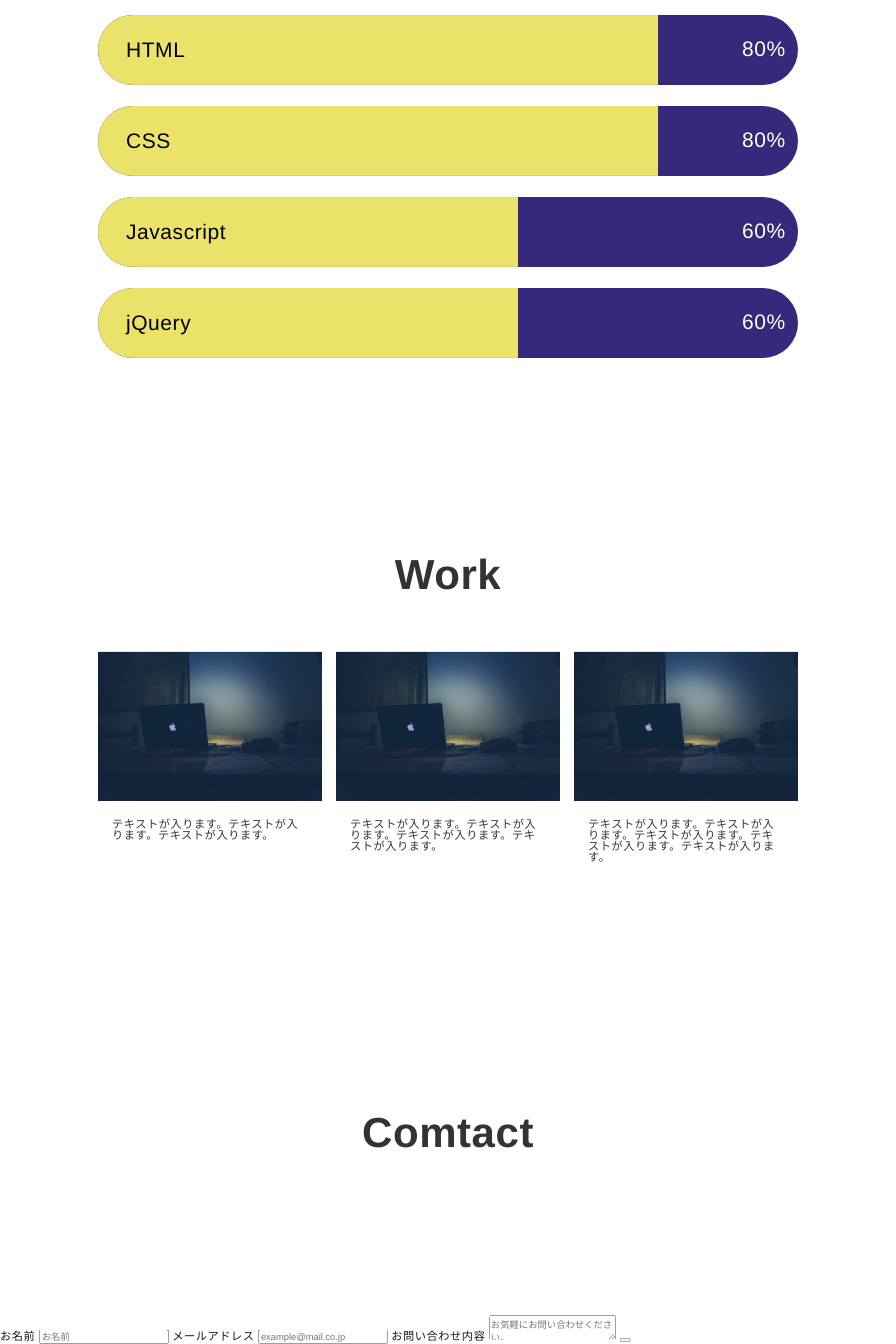
Repository: sadayuki15/portfolio
Page: index.html
The author's editor kept a copy of each file at every save. The page is drawn from the files as they stood at one save, then again after a run of saves.
The browser window is 1280 px wide. The pictures show the part of the page from y = 1856 to 3776 px (the page is 3776 px tall), at 70% of full size.

Above is the page before, as saved 2021-04-22 21:20:04.

### index.html
<!DOCTYPE html>
<html lang="ja">
<head>
  <meta charset="UTF-8">
  <meta http-equiv="X-UA-Compatible" content="IE=edge">
  <meta name="viewport" content="width=device-width, initial-scale=1.0">
  <link rel="stylesheet" href="./css/reset.css">
  <link rel="stylesheet" href="./css/style.css">
  <title>Document</title>
</head>
<body>
  <!-- header -->
  <header class="header">
    <div class="header-inner">
      <h1 class="header-title">PortFolio</h1>
      <nav class="header-nav">
        <ul class="nav-list">
          <li class="nav-item"><a href="#">Home</a></li>
          <li class="nav-item"><a href="#">About</a></li>
          <li class="nav-item"><a href="#">Skil</a></li>
          <li class="nav-item"><a href="#">Work</a></li>
          <li class="nav-item"><a href="#">Contact</a></li>
        </ul>
      </nav>
    </div>
  </header>
  <!-- //header -->

  <main>
  <!-- fv -->
  <div class="fv">
    <div class="main-copy">
      <p class="main-title">
        SADAYUKI<br>
        NISIYAMA
      </p>
    </div>
  </div>
  <!-- //fv -->

  <!-- About -->
  <div class="section-wrapper">
    <h2 class="section-title">ABOUT</h2>
    <div class="section-inner about">
      <div class="about-img-wrapper">
        <img src="" alt="">
      </div>
      <div class="about-contents">
        <p class="about-text">
          はじめまして、西山禎侑と申します。
        </p>
        <p class="about-text">
          1986年生まれ。鳥取県八頭郡出身。
        </p>
        <p class="about-text">
          地元の大学卒業後、民間企業へ入社。11年間、個人から法人までの営業、事務、企画等（主に金融業務）を経験し退職。
        </p>
        <p class="about-text">
          2021年2月より完全未経験からプログラミングを学習し、フリーランスエンジニアを目指し新たな道へ挑戦。
        </p>
        <p class="about-text">
          目指すは「頼んで良かった」、「またお願いしたい」と言われる人材に。
        </p>
        <p class="about-text">
          コーディング、Webサイト制作のお仕事が可能です。<br>
          お仕事のご相談等、お気軽にお問い合わせ下さい。
        </p>
        <p class="about-text">
          何卒、よろしくお願い致します。
        </p>
      </div>
    </div>
  </div>
  <!-- //About -->

  <!-- skil -->
  <div class="section-wrapper">
    <h2 class="section-title">Skil</h2>
    <div class="section-inner">
      <div class="chart">
        <div id="board">
          <div class="row">
            <span class="label">HTML</span>
            <div class="bar-wrap">
              <div class="bar" data-value="80"></div>
            </div>
            <span class="number">80%</span>
          </div><!-- row -->
          <div class="row">
            <span class="label">CSS</span>
            <div class="bar-wrap">
              <div class="bar" data-value="80"></div>
            </div>
            <span class="number">80%</span>
          </div><!-- row -->
          <div class="row">
            <span class="label">Javascript</span>
            <div class="bar-wrap">
              <div class="bar" data-value="60"></div>
            </div>
            <span class="number">60%</span>
          </div><!-- row -->
          <div class="row">
            <span class="label">jQuery</span>
            <div class="bar-wrap">
              <div class="bar" data-value="60"></div>
            </div>
            <span class="number">60%</span>
          </div><!-- row -->
        </div><!-- board -->
      </div><!-- chart -->
    </div>
  </div>
  <!-- //skil -->

  <!-- works -->
  <div class="section-wrapper">
    <h2 class="section-title">Work</h2>
    <div class="section-inner">
      <ul class="work-list">
        <li class="work-item">
          <a href="">
            <div class="work-img">
              <img src="./img/top2.jpg" alt="">
            </div>
            <p class="work-text">テキストが入ります。テキストが入ります。テキストが入ります。</p>
          </a>
        </li>
        <li class="work-item">
          <a href="">
            <div class="work-img">
              <img src="./img/top2.jpg" alt="">
            </div>
            <p class="work-text">テキストが入ります。テキストが入ります。テキストが入ります。テキストが入ります。</p>
          </a>
        </li>
        <li class="work-item">
          <a href="">
            <div class="work-img">
              <img src="./img/top2.jpg" alt="">
            </div>
            <p class="work-text">テキストが入ります。テキストが入ります。テキストが入ります。テキストが入ります。テキストが入ります。</p>
          </a>
        </li>
      </ul>
    </div>
  </div>
  <!-- //works -->

  <!-- contact -->
  <div class="section-wrapper">
    <h2 class="section-title">Comtact</h2>
    <div class="section-inner">

    </div>
  </div>
  <form action="https://docs.google.com/forms/u/0/d/e/1FAIpQLSfCjsqzzj8C34UUE0Mi2WnerATBCsd4cWR83YcoPwhWItEpFQ/formResponse">
    <label for="name">お名前</label>
    <input id="name" type="text" name="entry.32834570" placeholder="お名前">
    <label for="email">メールアドレス</label>
    <input id="email" type="text" name="entry.303714741" placeholder="example@mail.co.jp">
    <label for="msg">お問い合わせ内容</label>
    <textarea id="msg" name="entry.1496098719" placeholder="お気軽にお問い合わせください。"></textarea>
    <button type="submit" name="button" value="送信"></button>
  </form>
  <!-- //contact -->







  </main>



  <script src="jquery-3.6.0.min.js"></script>
  <script src="index.js"></script>
</body>
</html>

### css/style.css
html {
  font-size: 62.5%;
}
body {
  font-size: 1.6rem;
  letter-spacing: .05em;
  color: #171717;
  font-family: Helvetica, '游ゴシック', 'Yu Gothic', YuGothic, HiraKakuProN-W3, 'メイリオ', Meiryo, sans-serif;
}
ul {
  text-decoration: none;
}
li {
  list-style: none;
}
a {
  text-decoration: none;
}
img {
  width: 100%;
  vertical-align: bottom;
}
/*-------共通-------*/
.section-wrapper {
  padding: 100px 0 100px;
  margin-bottom: 50px;
}
.section-title{
  max-width: 1000px;
  color: #333;
  font-size: 6rem;
  margin: 0 auto 80px;
  padding: 0 30px;
  text-align: center;
}
.section-inner {
  max-width: 1000px;
  margin: 0 auto;
  padding: 0 50px;
}


/*-------header-------*/
.header {
  width: 100%;
  padding: 19px 30px;
  position: absolute;
  top: 0;
  left: 0;
  z-index: 1;
  transition: .3s;
  color: #fff;
  box-sizing: border-box;
}
.header-inner {
  max-width: 1200px;
  margin: 0 auto;
  display: flex;
  justify-content: space-between;
  align-items: center;
  box-sizing: border-box;
}
.header-title {
  font-size: 2.6rem;
}
.nav-list {
  display: flex;
}
.nav-item a {
  display: block;
  color: #fff;
  font-weight: bold;
  text-decoration: none;
  transition: .3s;
}
.nav-item {
  margin-right: 30px;
}
.nav-item:last-of-type {
  margin-right: 0;
}
.nav-item a:hover {
  opacity: .7;
  transition: .3s;
  text-decoration: 3px underline;
}

/*-------fv-------*/
.fv {
  width: 100%;
  height: 100vh;
  min-height: 550px;
  background-image: url(../img/fv-top.jpg);
  background-size: cover;
  background-position: center;
  /* position: relative; */
}
.main-copy {
  position: absolute;
  bottom: 155px;
  left: 120px;
  color: #fff;
  font-weight: bold;
}
.main-title{
  font-size: 15rem;
  text-align: center;
}

.about{
  display: flex;
  justify-content: space-between;
  align-items: center;
}
.about-img-wrapper {
  max-width: 480px;
}
.about-text {
  max-width: 480px;
  margin-bottom: 30px;
  line-height: 1.8;
  font-weight: bold;
}

/*-------skil-------*/
.content {
  width: 100%;
  height: 200px;
  line-height: 200px;
  text-align: center;
}
.chart {
  max-width: 1000px;
  margin: 0 auto;
}
.chart .row {
  position: relative;
  height: 100px;
  margin-bottom: 25px;
}
.chart .row span {
  color: #000;
  font-size: 1.8rem;
}
.chart .row span.label {
  position: absolute;
  top: 35px;
  left: 3%;
  padding-left: 10px;
  text-align: left;
  line-height: 30px;
  z-index: 10;
}
.chart .row .bar-wrap {
  position: relative;
  background: #36297c;
  width: 100%;
  height: 100%;
  overflow: hidden;
  border-radius: 50px;
}
.chart .row .bar-wrap .bar {
  position: absolute;
  top: 0;
  left: 0;
  height: 100%;
  background: #ebe26a;
  transition: all 1s;
  transform: translateX(-100%);
}
.chart .row .bar-wrap .bar.no {
  transform: translateX(0%);
}
.chart .row span.number {
  position: absolute;
  top: 35px;
  right: 3%;
  width: 40px;
  padding-right: 10px;
  text-align: right;
  line-height: 28px;
  z-index: 10;
  color: #fff;
}

/*-------work-------*/
.work-list {
  max-width: 1000px;
  margin: 0 auto 80px;
  display: flex;
  justify-content: space-between;
}
.work-item {
  width: 32%;
}
.work-item a {
  color: #333;
}
.work-text {
  padding: 25px 20px;
}



/*-------media-------*/
@media screen and (min-width: 1000px) {
  .chart .row {
    margin-bottom: 30px;
  }
  .chart .row span {
    color: #000;
    font-size: 3rem;
  }
}

@media screen and (max-width: 1000px) {
  .chart .row {
    margin-bottom: 30px;
  }
  .chart .row span {
    color: #000;
    font-size: 3vw;
  }
}

### index.js
function generateChart(wrapper) {
  let values = [];

  $(wrapper + ' .bar').each(function(index, el) {
    values.push($(this).data('value'));
  });

  $(wrapper + ' .bar').each(function(index, el) {
    let bar = $(this);
    let value = bar.data('value');

    bar.width(value + '%');

    let board = $('#board');
    let boardO = board.offset().top;
    let boardH = board.height();
    let windowH = $(window).height();
    let windowS = $(window).scrollTop();

    if(windowS > boardO - windowH + (windowH / 2) && windowS < boardO + boardH - (boardH / 2)){
      bar.addClass('no');
    }
  });
}

$(window).on('scroll', function(event) {
  generateChart('#board');
});

Loaded but not shown: css/reset.css (common file); jquery-3.6.0.min.js (library)

After the next 3 saves:
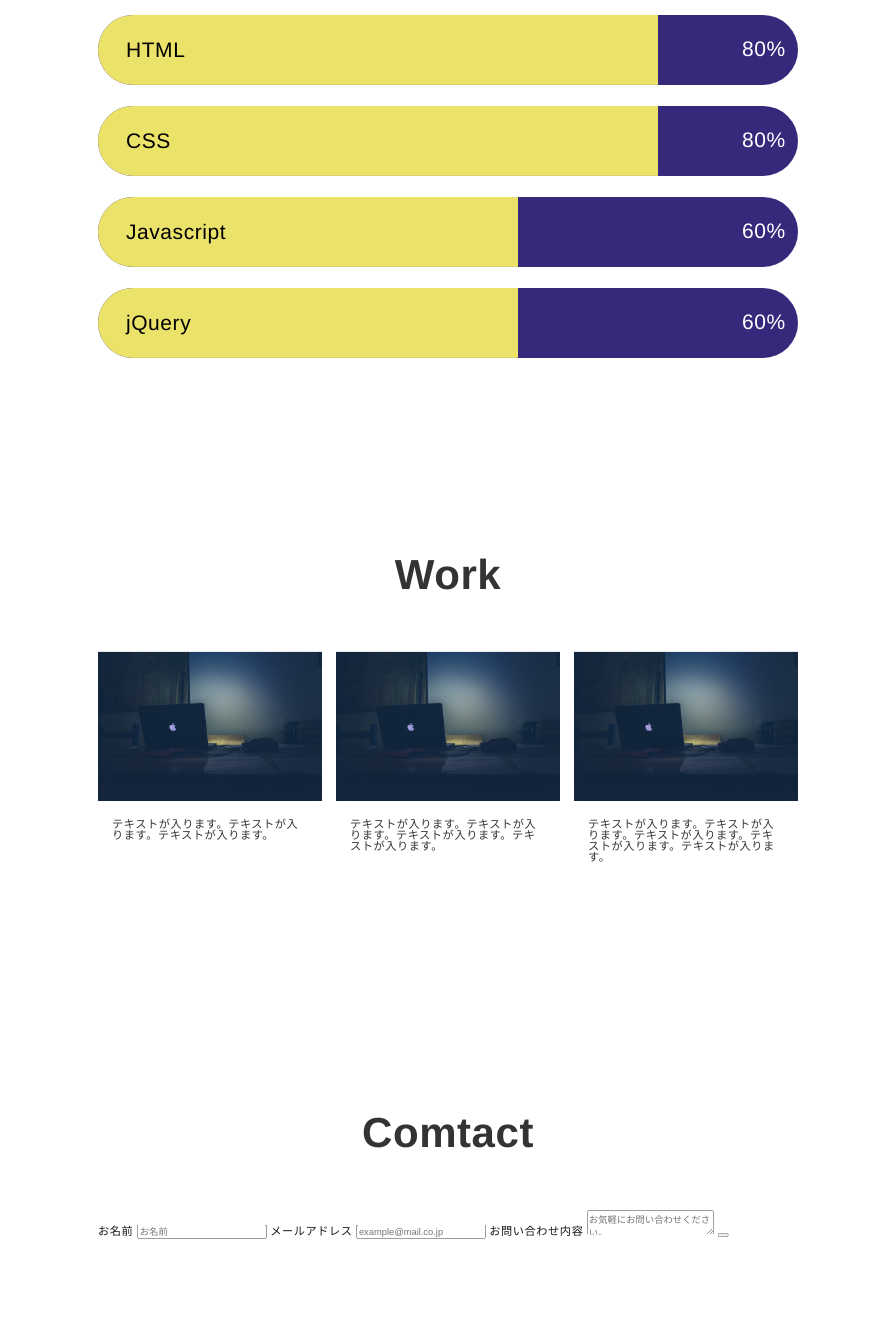
The 3 saves are shown as one change because they came seconds apart.
The last was saved 8 s later.
--- a/index.html
+++ b/index.html
@@ -151,18 +151,18 @@
   <div class="section-wrapper">
     <h2 class="section-title">Comtact</h2>
     <div class="section-inner">
+      <form action="https://docs.google.com/forms/u/0/d/e/1FAIpQLSfCjsqzzj8C34UUE0Mi2WnerATBCsd4cWR83YcoPwhWItEpFQ/formResponse">
+        <label for="name">お名前</label>
+        <input id="name" type="text" name="entry.32834570" placeholder="お名前">
+        <label for="email">メールアドレス</label>
+        <input id="email" type="text" name="entry.303714741" placeholder="example@mail.co.jp">
+        <label for="msg">お問い合わせ内容</label>
+        <textarea id="msg" name="entry.1496098719" placeholder="お気軽にお問い合わせください。"></textarea>
+        <button type="submit" name="button" value="送信"></button>
+      </form>
 
     </div>
   </div>
-  <form action="https://docs.google.com/forms/u/0/d/e/1FAIpQLSfCjsqzzj8C34UUE0Mi2WnerATBCsd4cWR83YcoPwhWItEpFQ/formResponse">
-    <label for="name">お名前</label>
-    <input id="name" type="text" name="entry.32834570" placeholder="お名前">
-    <label for="email">メールアドレス</label>
-    <input id="email" type="text" name="entry.303714741" placeholder="example@mail.co.jp">
-    <label for="msg">お問い合わせ内容</label>
-    <textarea id="msg" name="entry.1496098719" placeholder="お気軽にお問い合わせください。"></textarea>
-    <button type="submit" name="button" value="送信"></button>
-  </form>
   <!-- //contact -->
 
 
